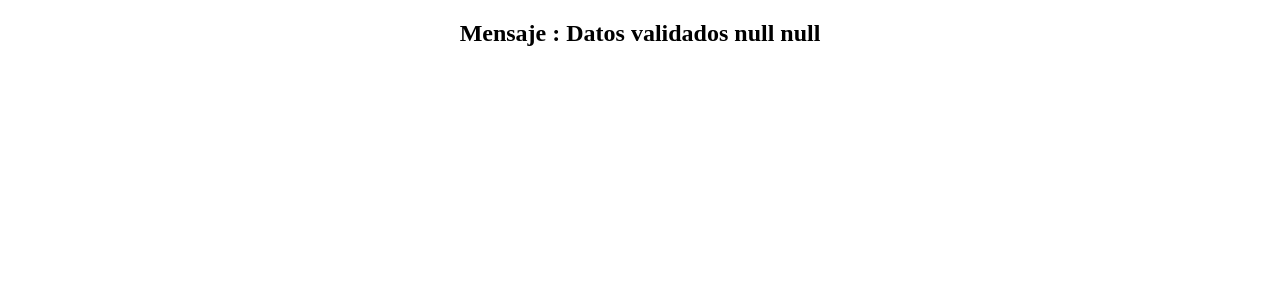
Repository: LuisCondori98/LP1-CIB
Page: http://localhost/Clase-02/jsp/validarCredencial.jsp
An editor plug-in stored every save of this project. The page is shown before and after the next save, followed by the edit.
The browser window is 1280 px wide. The pictures show the whole page.
The page is served by Tomcat 9.

Above is the page before, as saved 2025-01-12 20:49:39.

After the next save:
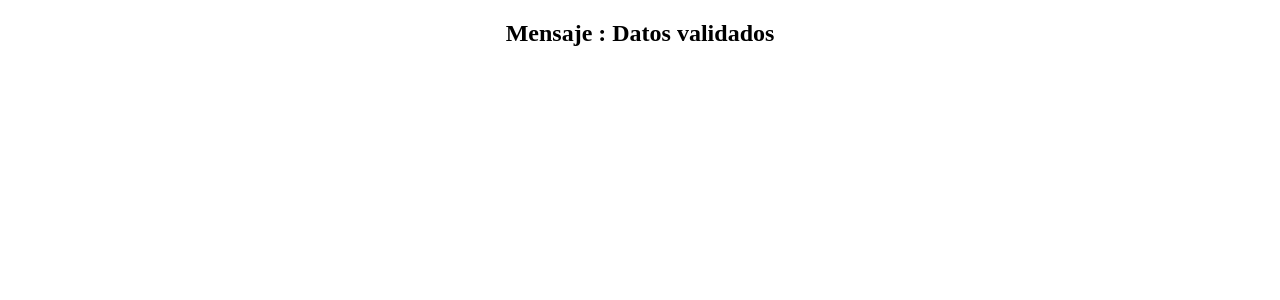
Saved 4 min 53 s later.
--- a/Clase-02/src/main/webapp/jsp/validarCredencial.jsp
+++ b/Clase-02/src/main/webapp/jsp/validarCredencial.jsp
@@ -9,9 +9,10 @@
 <body>
 	<%
 		String mensaje = "";
+		String mensaje2 = "";
 		String Rol = request.getParameter("cboRol");
 		String credencial = request.getParameter("txtCredencial");
-		mensaje = "Datos validados" + "\n" + Rol + "\n" + credencial;
+		mensaje = "Datos validados";
 		request.setAttribute("msj", mensaje);
 		pageContext.forward("respuestaCredencial.jsp");
 	%>
